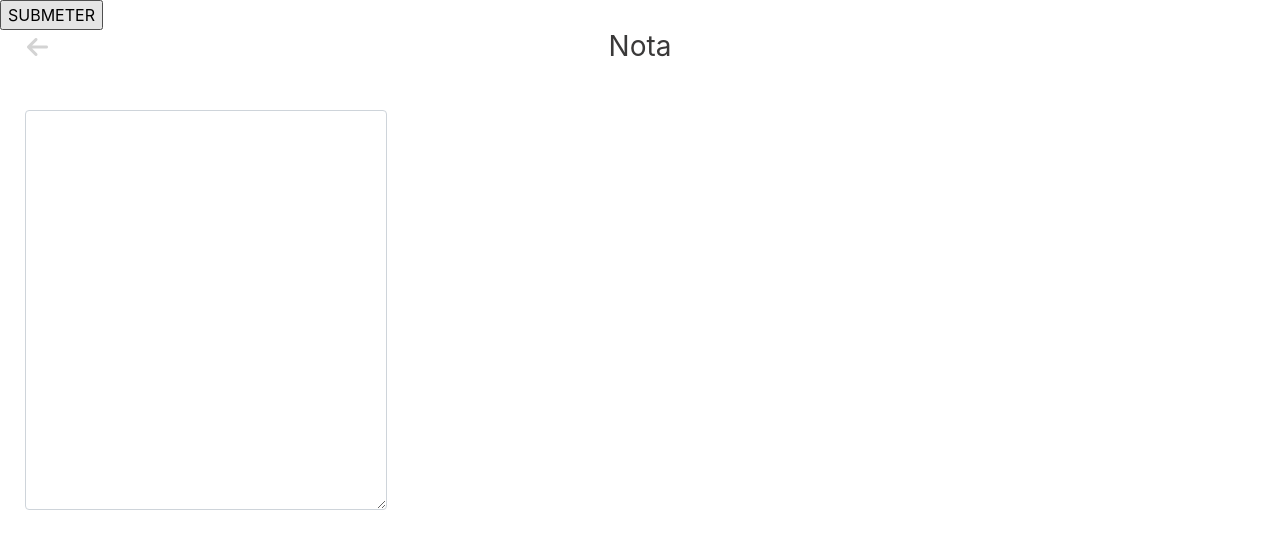
Repository: grupodetrabalhoeficiente/D213
Page: D213/Frontend/Notas.html
The author's editor kept a record of every edit. The page is drawn from the files as they stood at one moment, then again after the next edit.
The browser window is 1280 px wide. The pictures show the whole page.
Some web libraries are served in a nearby version.

Above is the page before.

After the next edit:
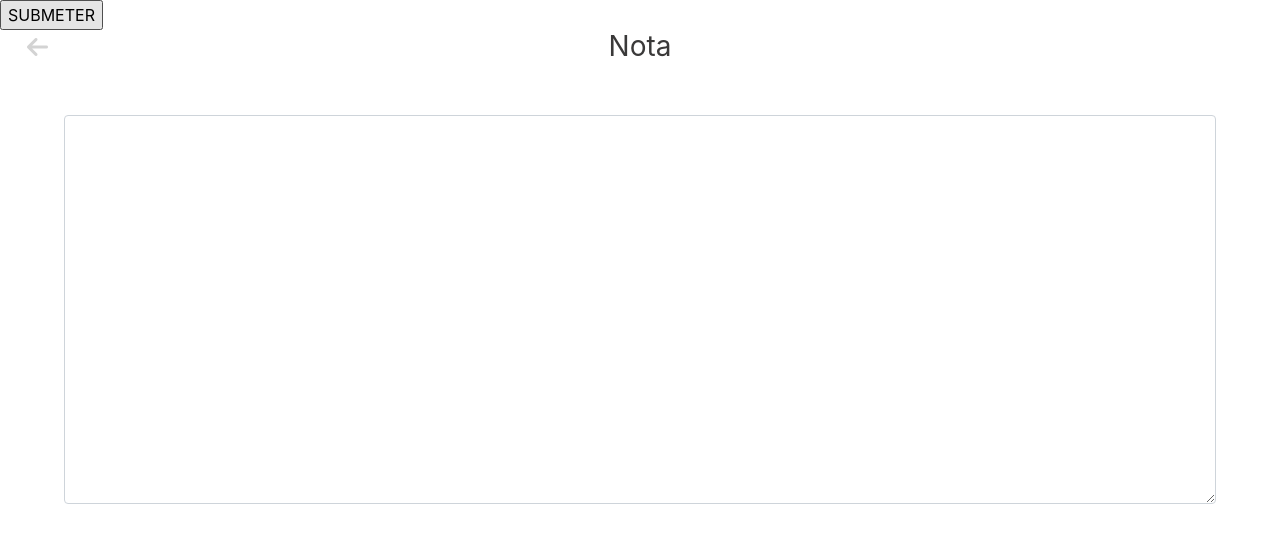
The edit:
--- a/D213/Frontend/Notas.css
+++ b/D213/Frontend/Notas.css
@@ -21,14 +21,16 @@
 /*area de texto*/
 
 .Notas {
-  width: 362px!important;
-  height: 400px!important;
-  background: rgba(246,246,246,1);
-  opacity: 1;
-  position: absolute;
-  top: 110px;
-  left: 25px;
-  border: 1px solid rgba(122,122,122,1);
+     width: 90%!important;
+    height: 54%!important;
+    background: rgba(246,246,246,1);
+    opacity: 1;
+    position: absolute;
+    top: 16%!important;
+    left: 5%;
+    display: block;
+    margin-left: auto;
+    margin-right: auto;
 }
 
 .fa-home {
